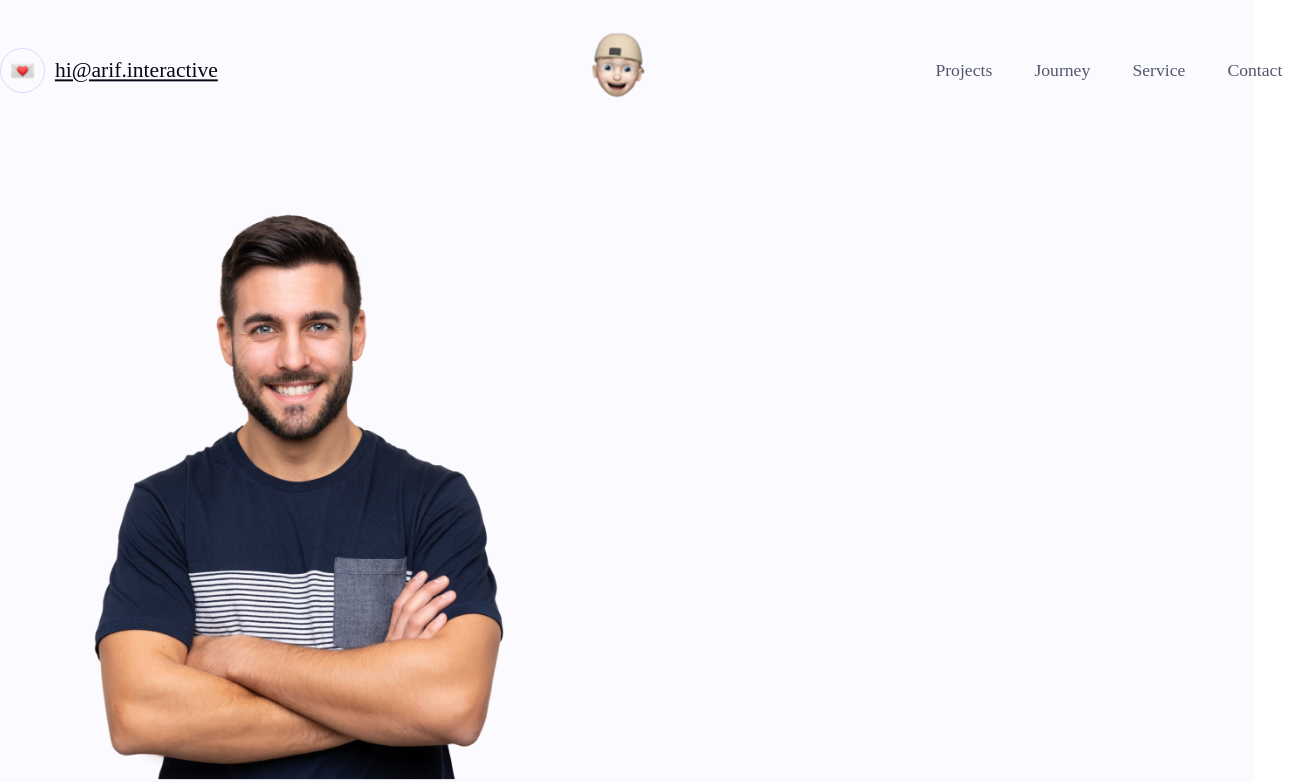
Repository: trantangtuan/project-06-grid-system12column-demo
Page: index.html
These files come from the project's save history. The page is drawn as it stood at one moment and after the next save; the edit follows.
The browser window is 1280 px wide. The page is 1330 px wide, so the pictures cover 1330 px, including what lies to the right of the window. The pictures show the whole page, at 98% of full size.

Above is the page before, as saved 2024-07-12 20:42:13.

After the next save:
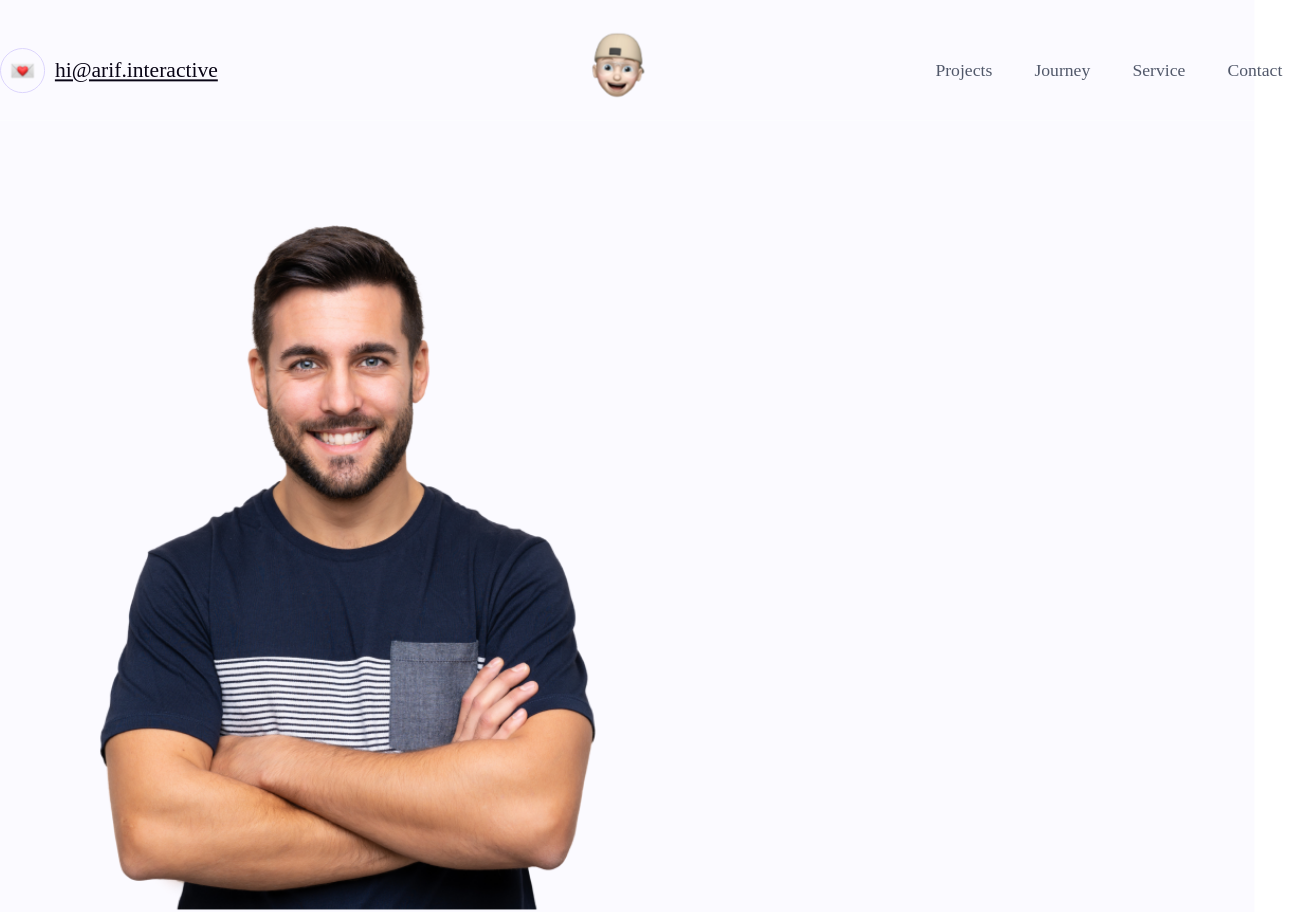
Saved 116 s later.
--- a/index.html
+++ b/index.html
@@ -58,14 +58,14 @@
         <div class="group-rectangle"></div>
         <div class="container">
           <div class="row">
-            <div class="col-lg-5">
+            <div class="col-lg-6">
               <img
                 src="./assets/img/hero-img.png"
                 alt="image hero"
                 class="hero__img"
               />
             </div>
-            <div class="col-lg-7"></div>
+            <div class="col-lg-6"></div>
           </div>
         </div>
       </div>
